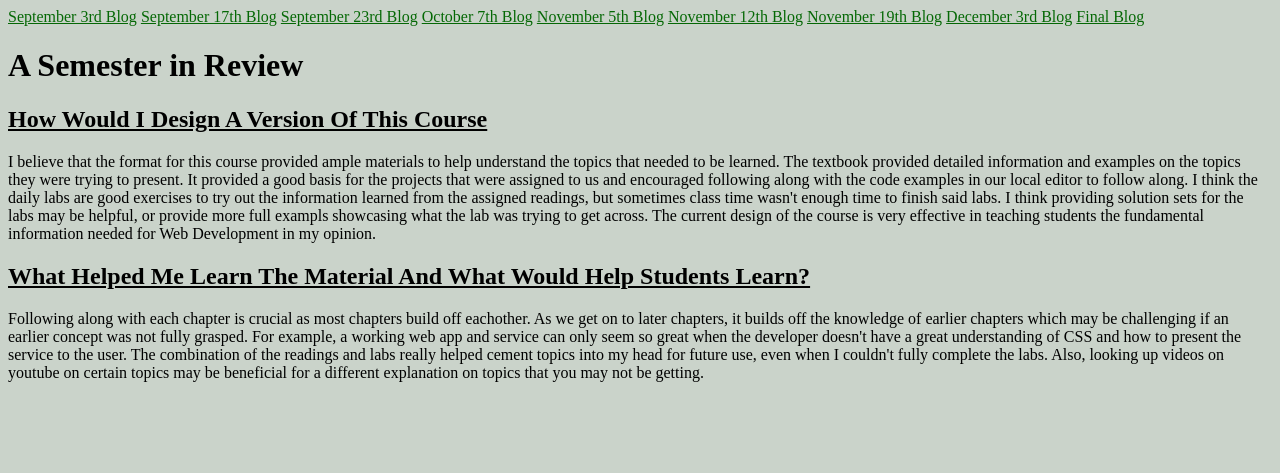
Repository: alharama/WebBlog
Page: FinalBlog.html
These files come from the project's save history. The page is drawn as it stood at one moment and after the next save; the edit follows.
The browser window is 1280 px wide. The pictures show the whole page.

Above is the page before, as saved 2021-12-09 14:10:02.

### FinalBlog.html
<!DOCTYPE html>
<html>
  <head>
    <a href="index.html"> September 3rd Blog</a>
    <a href="second_blog.html"> September 17th Blog</a>
    <a href="Sept_23.html"> September 23rd Blog</a>
    <a href="Oct_7.html"> October 7th Blog</a>
    <a href="Nov_5.html"> November 5th Blog</a>
    <a href="Nov_12.html"> November 12th Blog</a>
    <a href="Nov_19.html"> November 19th Blog</a>
    <a href="Dec_3rd.html"> December 3rd Blog</a>
    <a href="FinalBlog.html"> Final Blog</a>

    <title>Final Blog</title>

    <style>
      a {
        text-decoration: underline;
        color: rgb(5, 104, 5);
      }
      a:visited {
        text-decoration: none;
      }

      h2 {
        text-decoration: underline;
      }

      body {
        background-color: rgba(190, 201, 190, 0.808);
      }

      .writeup {
        font-size: 18px;
        line-height: 24px;
        text-indent: 5px;
      }

      body > #example_code {
        float: left;
      }
    </style>
  </head>

  <body>
    <h1>A Semester in Review</h1>

    <h2>How Would I Design A Version Of This Course</h2>

    <p id="writeup">
      I believe that the format for this course provided ample materials to help
      understand the topics that needed to be learned. The textbook provided
      detailed information and examples on the topics they were trying to
      present. It provided a good basis for the projects that were assigned to
      us and encouraged following along with the code examples in our local
      editor to follow along. I think the daily labs are good exercises to try
      out the information learned from the assigned readings, but sometimes
      class time wasn't enough time to finish said labs. I think providing
      solution sets for the labs may be helpful, or provide more full exampls
      showcasing what the lab was trying to get across. The current design of
      the course is very effective in teaching students the fundamental
      information needed for Web Development in my opinion.
    </p>

    <h2>
      What Helped Me Learn The Material And What Would Help Students Learn?
    </h2>

    <p id="writeup">
      Following along with each chapter is crucial as most chapters build off
      eachother. As we get on to later chapters, it builds off the knowledge of
      earlier chapters which may be challenging if an earlier concept was not
      fully grasped. For example, a working web app and service can only seem so
      great when the developer doesn't have a great understanding of CSS and how
      to present the service to the user. The combination of the readings and
      labs really helped cement topics into my head for future use, even when I
      couldn't fully complete the labs. Also, looking up videos on youtube on
      certain topics may be beneficial for a different explanation on topics
      that you may not be getting.
    </p>
  </body>
</html>

After the next save:
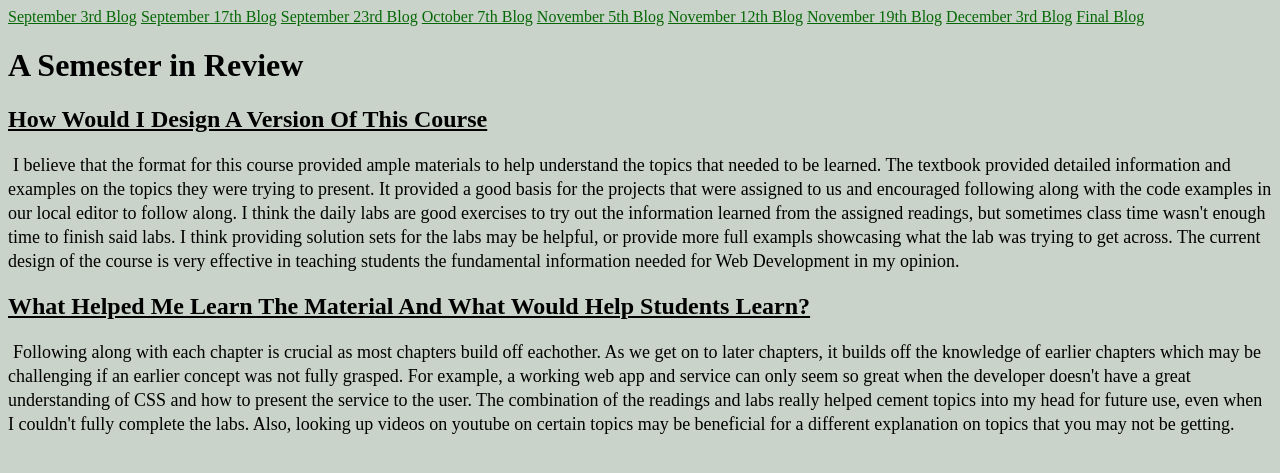
Saved 6 s later.
--- a/FinalBlog.html
+++ b/FinalBlog.html
@@ -30,7 +30,7 @@
         background-color: rgba(190, 201, 190, 0.808);
       }
 
-      .writeup {
+      #writeup {
         font-size: 18px;
         line-height: 24px;
         text-indent: 5px;
